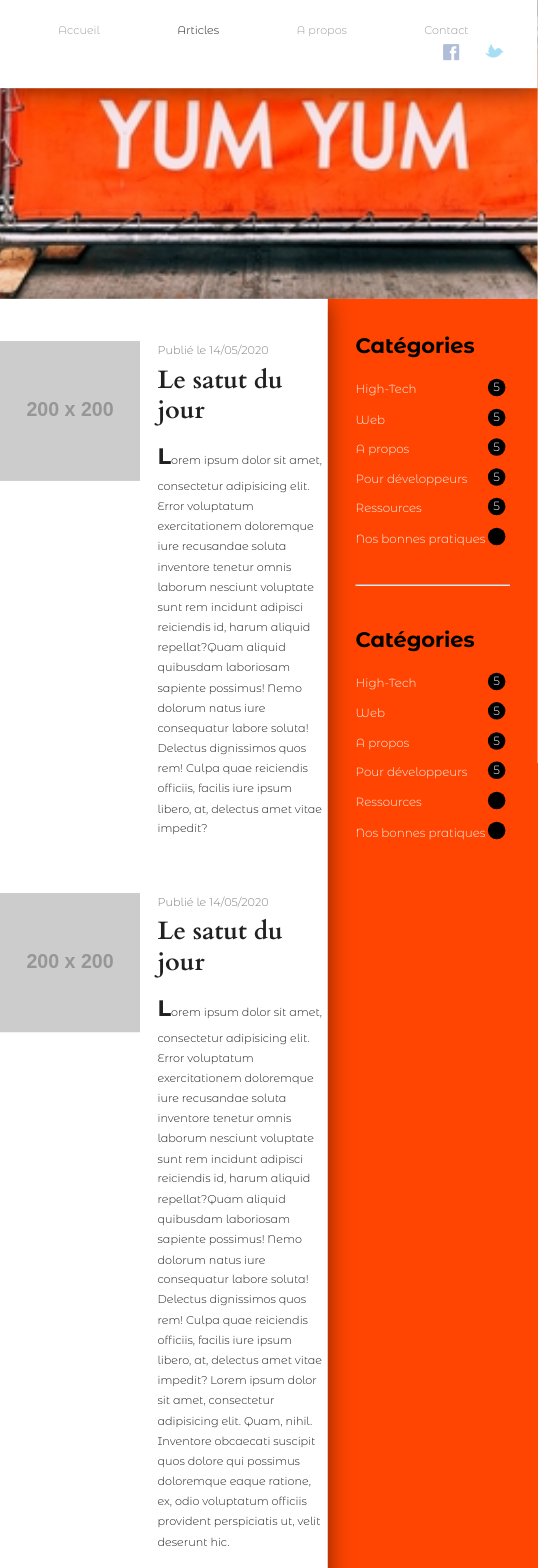
Repository: Elie-Dey/blog-train
Page: index.html
An editor plug-in stored every save of this project. The page is shown before and after the next save, followed by the edit.
The browser window is 768 px wide. The pictures show the part of the page from y = 0 to 2240 px (the page is 3899 px tall before and 3236 px after), at 70% of full size.

Above is the page before, as saved 2020-06-19 22:44:21.

### index.html
<!DOCTYPE html>
<html lang="en">
<head>
    <meta charset="UTF-8">
    <meta name="viewport" content="width=device-width, initial-scale=1.0">
    <link href="https://fonts.googleapis.com/css2?family=Cardo:wght@400;700&family=Montserrat+Alternates:wght@300;700&display=swap" rel="stylesheet">
    <link rel="stylesheet" href="style.css">
    <title>Mon blog</title>
</head>
<body>
    <header class="topbar">
        <nav>
            <a href="index.html">Accueil</a>
            <a href="articles.html" class="active"> Articles</a>
            <a href="about.html">A propos</a>
            <a href="apropos.html">Contact</a>
        </nav>
        <div class="social">
            <a href="#"> <img src="images/fb.png" alt="Facebook"></a>
            <a href="#"> <img src="images/twitter.png" alt="Twitter"></a>
        </div>
    </header>
    <div class="banniere"></div>
    <div class="body">
        <main class="main">
            <div class="container">
             <article class="article">
                 <a href="article.html" class="article-img"><img src="https://via.placeholder.com/200" alt="article-image"/> </a>
                  <div class="article-date">Publié le 14/05/2020</div>
                  <h2 class="article-title">  <a href="article.html">    Le satut du jour</a>  </h2>
                  <p>
                      Lorem ipsum dolor sit amet, consectetur adipisicing elit. Error voluptatum exercitationem doloremque iure recusandae soluta inventore tenetur omnis laborum nesciunt voluptate sunt rem incidunt adipisci reiciendis id, harum aliquid repellat?Quam aliquid quibusdam laboriosam sapiente possimus! Nemo dolorum natus iure consequatur labore soluta!
                      Delectus dignissimos quos rem! Culpa quae reiciendis officiis, facilis iure ipsum libero, at, delectus amet vitae impedit?
                  </p>
              </article>
              <article class="article">
                  <a href="article.html" class="article-img"><img src="https://via.placeholder.com/200" alt="article-image"/> </a>
                   <div class="article-date">Publié le 14/05/2020</div>
                   <h2 class="article-title">  <a href="article.html">    Le satut du jour</a>  </h2>
                   <p>
                       Lorem ipsum dolor sit amet, consectetur adipisicing elit. Error voluptatum exercitationem doloremque iure recusandae soluta inventore tenetur omnis laborum nesciunt voluptate sunt rem incidunt adipisci reiciendis id, harum aliquid repellat?Quam aliquid quibusdam laboriosam sapiente possimus! Nemo dolorum natus iure consequatur labore soluta!
                       Delectus dignissimos quos rem! Culpa quae reiciendis officiis, facilis iure ipsum libero, at, delectus amet vitae impedit?
                       Lorem ipsum dolor sit amet, consectetur adipisicing elit. Quam, nihil. Inventore obcaecati suscipit quos dolore qui possimus doloremque eaque ratione, ex, odio voluptatum officiis provident perspiciatis ut, velit deserunt hic.
                   </p>
               </article>
               <article class="article">
                  <a href="article.html" class="article-img"><img src="https://via.placeholder.com/200" alt="article-image"/> </a>
                   <div class="article-date">Publié le 14/05/2020</div>
                   <h2 class="article-title">  <a href="article.html">    Le satut du jour</a>  </h2>
                   <p>
                       Lorem ipsum dolor sit amet, consectetur adipisicing elit. Error voluptatum exercitationem doloremque iure recusandae soluta inventore tenetur omnis laborum nesciunt voluptate sunt rem incidunt adipisci reiciendis id, harum aliquid repellat?Quam aliquid quibusdam laboriosam sapiente possimus! Nemo dolorum natus iure consequatur labore soluta!
                       Delectus dignissimos quos rem! Culpa quae reiciendis officiis, facilis iure ipsum libero, at, delectus amet vitae impedit?
                   </p>
               </article>
               <article class="article">
                  <a href="article.html" class="article-img"><img src="https://via.placeholder.com/200" alt="article-image"/> </a>
                   <div class="article-date">Publié le 14/05/2020</div>
                   <h2 class="article-title">  <a href="article.html">    Le satut du jour</a>  </h2>
                   <p>
                       Lorem ipsum dolor sit amet, consectetur adipisicing elit. Error voluptatum exercitationem doloremque iure recusandae soluta inventore tenetur omnis laborum nesciunt voluptate sunt rem incidunt adipisci reiciendis id, harum aliquid repellat?Quam aliquid quibusdam laboriosam sapiente possimus! Nemo dolorum natus iure consequatur labore soluta!
                       Delectus dignissimos quos rem! Culpa quae reiciendis officiis, facilis iure ipsum libero, at, delectus amet vitae impedit?
                   </p>
               </article>
            </div>
         </main>

    <aside class="sidebar">
        <h4 class="sidebar-title">Catégories</h4>
        <ul>
            <li><a href="#" data-count="5">High-Tech</a></li>
            <li><a href="#" data-count="5">Web</a></li>
            <li><a href="#" data-count="5">A propos</a></li>
            <li><a href="#" data-count="5">Pour développeurs </a></li>
            <li><a href="#" data-count="5">Ressources</a></li>
            <li><a href="#">Nos bonnes pratiques</a></li>
        </ul>
        <hr>
        <h4 class="sidebar-title">Catégories</h4>
        <ul>
            <li><a href="#" data-count="5">High-Tech</a></li>
            <li><a href="#" data-count="5">Web</a></li>
            <li><a href="#" data-count="5">A propos</a></li>
            <li><a href="#" data-count="5">Pour développeurs</a></li>
            <li><a href="#">Ressources</a></li>
            <li><a href="#">Nos bonnes pratiques</a></li>
        </ul>

    </aside>

</div>
    <footer class="footer">
        By Elie
    </footer>
</body>
</html>

### style.css
/*
* Prefixed by https://autoprefixer.github.io
* PostCSS: v7.0.29,
* Autoprefixer: v9.7.6
* Browsers: last 4 version,ie > 8
*/

*{
    -webkit-box-sizing: border-box;
            box-sizing: border-box;
}
body, html
{
    margin: 0;
    font-size: 16px;
    font-family: 'Montserrat Alternates', sans-serif;
    color: rgba(0, 0, 0, .87);
    line-height: 1.8;

}
.topbar{

    position: fixed;
    top: 0;
    right: 0;
    left: 0;
    width: 100%;
    background-color: white;
    padding: 30px ;
    z-index: 3;
    font-family: 'Montserrat Alternates', sans-serif;
    font-weight: 700;
    -webkit-box-shadow: 0 4px 30px rgba(0, 0, 0, .5);
            box-shadow: 0 4px 30px rgba(0, 0, 0, .5);

}
.topbar nav{
    float: left;

}
.topbar nav a {
    color: #9f9f9f;
    text-decoration: none;
    font-weight: 500;
    padding: 0 53px;
    transition: color .3s;
}

.topbar nav a:hover , .topbar nav a.active{
    color:  rgba(0, 0, 0, .87);
}

 .social {
    float: right;
}

.social a
{
    padding: 0 12px;
    opacity: .4;
    transition: opacity .3s;
}
.social a:hover
{
    opacity: 1;
}

.banniere {
    height: 427px;
    background: no-repeat center center / cover url("images/banniere.jpg");
}
.body
{
    display: -webkit-box;
    display: -ms-flexbox;
    display: flex;
}
.main
{

    width: calc(100% - 300px);
    background: white;
    -webkit-box-shadow: 0 4px 30px rgba(0, 0, 0, .5);
            box-shadow: 0 4px 30px rgba(0, 0, 0, .5);
    position: relative;
    z-index: 2;


}
.sidebar
{

    background:rgb(255, 69, 1);
    width: 300px;
    padding: 40px;
    font-size: 17px;
    font-weight: 300;
    position: relative;
    z-index: 1;
}
/* .sidebar ul
{
    counter-reset: sidebarlist;
}

.sidebar li::before
{
    counter-increment: sidebarlist;
    content: counter(sidebarlist) ". ";
} */

.sidebar-title
{
    font-size: 30px;
    color: black;
    margin: 20px 0;
}
.sidebar a
{
    text-decoration: none;
    color: rgb(243, 241, 239);

}
.sidebar ul
{
    margin: 0;
    padding: 0;
    list-style: none;

}
.sidebar li
{
    padding: 6px 6px 6px 0;
}
.sidebar li a::after
{
    content: attr(data-count);
    float:right;
    background: black;
    color:white;
    width: 25px;
    height: 25px;
    line-height: 25px;
    text-align: center;
    border-radius: 50%;
}
.sidebar li:first-child
{
    padding-top: 0;
}

.sidebar li:last-child
{
    padding-bottom: 0;
}
.sidebar a:hover
{
    text-decoration: underline;
}

.sidebar hr
{
    border-color:none;
    background: white;
    height: 1px;
    margin: 50px 0;


}

.sidebar-title:first-child
{
    margin-top: 0;
}


.article
{
    position: relative;
    overflow: hidden;
    margin: 60px 0;
    padding-left: 225px;
    min-height: 225px;
}


.article p
{
    font-family: 'Montserrat Alternates', sans-serif;
    font-weight: 500;
}
.article p::first-letter
{
    font-size: 2em;
    font-weight: bold;
}
.container
{
    max-width: 940px;
    margin: 0 auto;
}
.article a
{
    color: inherit;
    text-decoration: none;
}
.article a:hover
{
    text-decoration: underline;
}
.article-img
{
    position: absolute;
    left: 0;
    top: 0;
    width: 200px;
    margin-right: 25px;
    transition: transform cubic-bezier(0.55,-0.4, 0, 1.39) .5s;
    /* animation: slidedown 1s; */
}
.article-img:hover
{
    /* animation-play-state: paused; */
    transform: scale(1.1) rotate(5deg);
}
/* @keyframes slidedown
{
    0%{
        transform: translateY(200px);
        opacity: 1px;

    }
    100% {
        transform: translateY(-200px);
        opacity: 1px;
    }
} */
.article-title
 {
    font-size: 2.25rem;
    line-height: 1.2;
    font-family: "Cardo", serif;
    margin: 0 0 15px 0;
 }
.article-date
{
    font-weight: 300;
    color: rgba(0, 0, 0, .5);
    margin-bottom: 5px;
}
.article-img img
{
    width: 100%;
    height: auto;
}
.footer
{
    clear: both;
}


@media screen and (max-width : 890px)

After the next save:
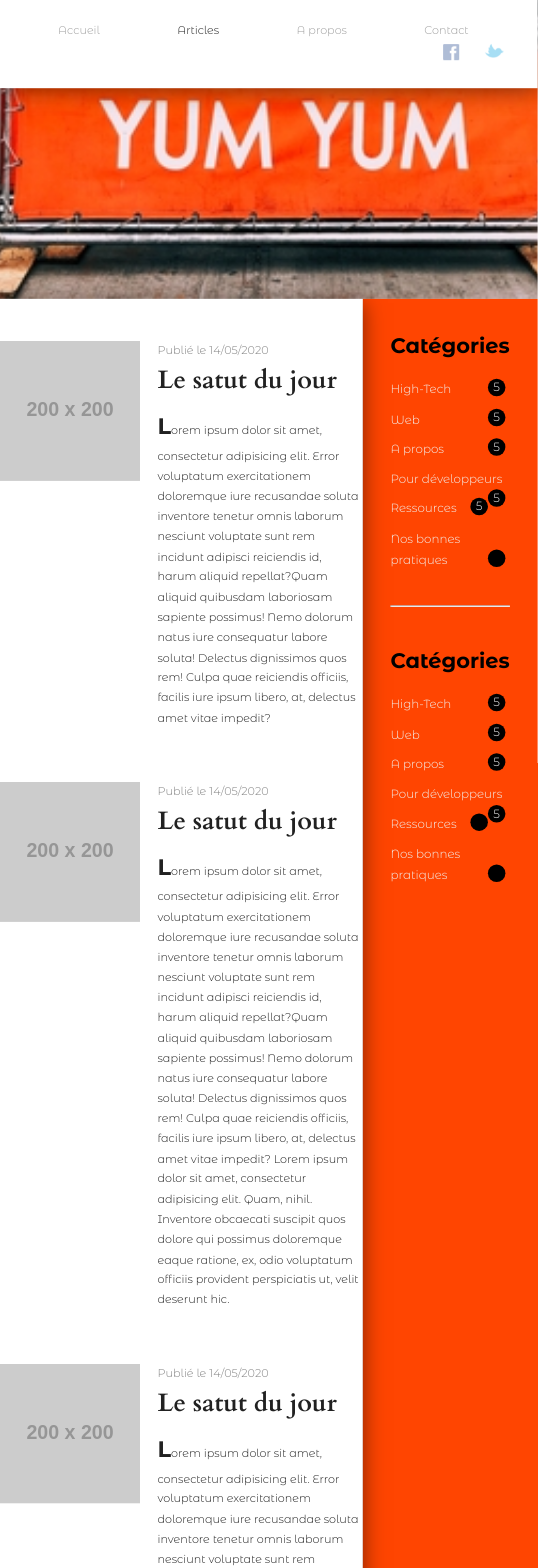
Saved 55 s later.
--- a/style.css
+++ b/style.css
@@ -260,3 +260,9 @@ body, html
 
 
 @media screen and (max-width : 890px)
+{
+    .main
+    {
+        width: 100%;
+    }
+}
